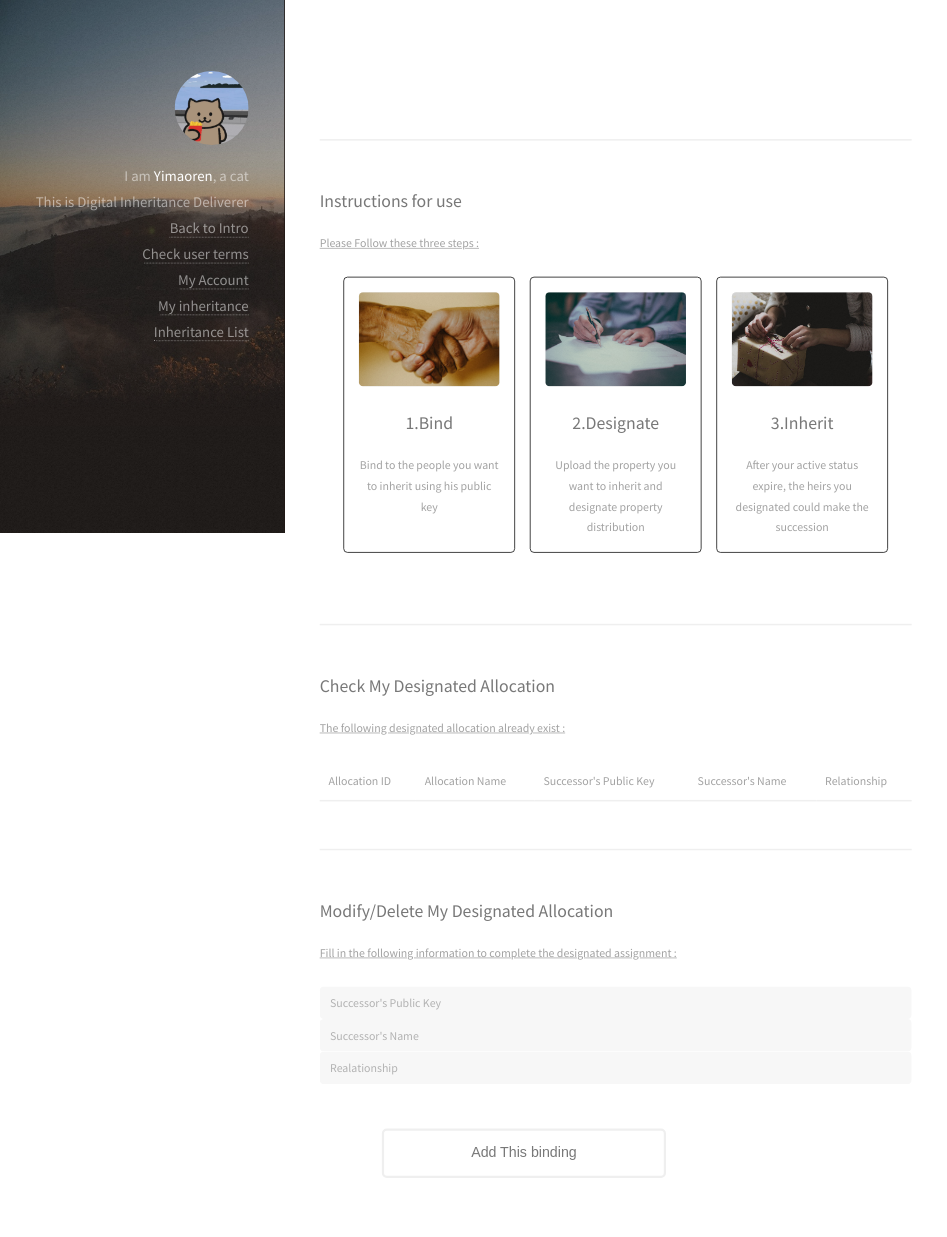
Repository: 1mocat/DID-blockchain-project
Page: Digital_I_D/app/src/my_inher.html
These files come from the project's save history. The page is drawn as it stood at one moment and after the next save; the edit follows.
The browser window is 1280 px wide. The pictures show the whole page, at 74% of full size.

Above is the page before, as saved 2023-10-03 22:37:33.

After the next save:
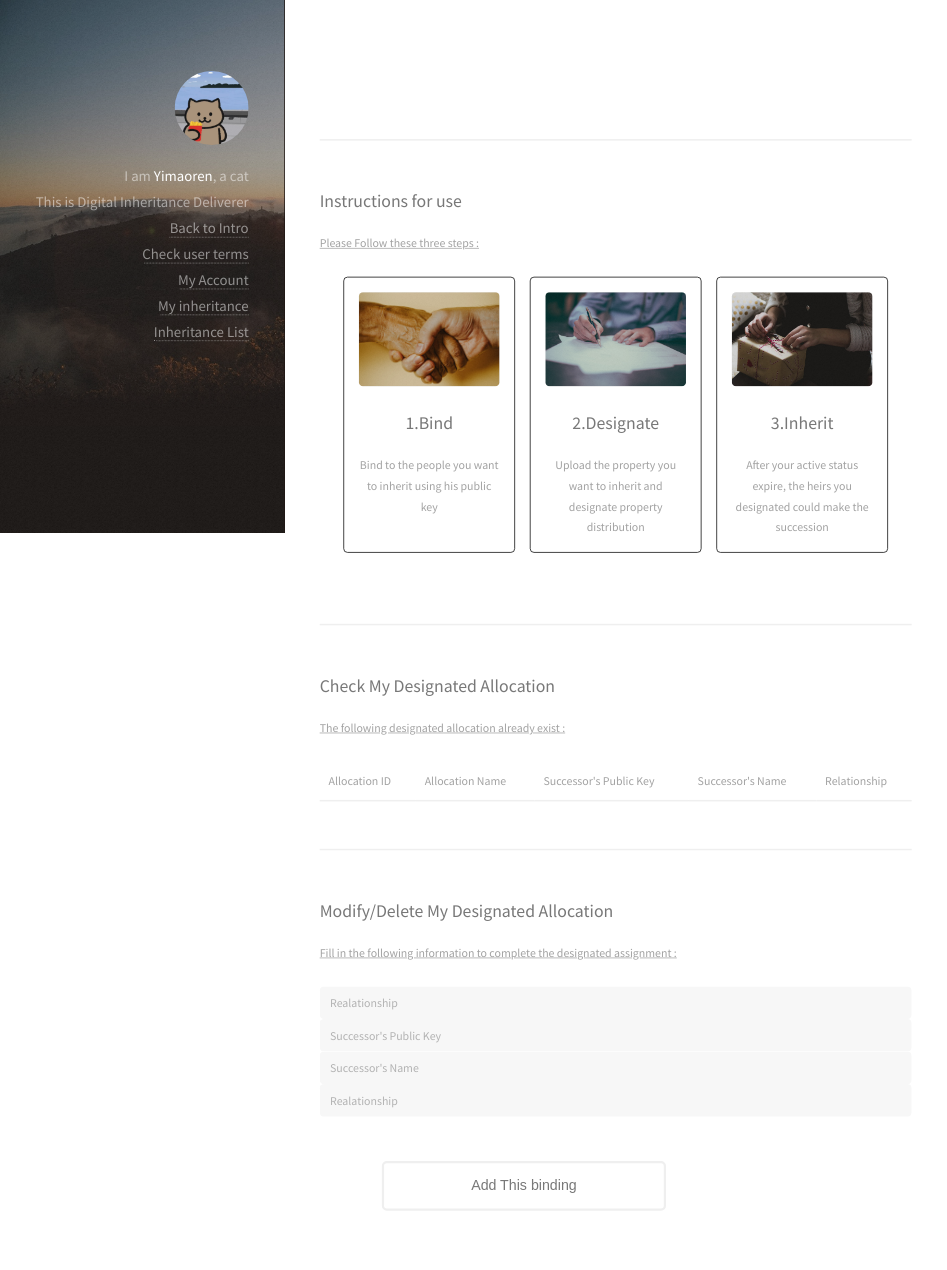
Saved 56 s later.
--- a/Digital_I_D/app/src/my_inher.html
+++ b/Digital_I_D/app/src/my_inher.html
@@ -129,6 +129,7 @@
 				<p><u>Fill in the following information to complete the designated assignment :</u></p>
 					<form method="post" action="#">
 						<div class="fields">
+							<div class="field half"><input type="text" name="Realationship" placeholder="Realationship" /></div>
 							<div class="field half"><input type="text" name="Successor's Public Key" placeholder="Successor's Public Key" /></div>
 							<div class="field half"><input type="text" name="Successor's Name" placeholder="Successor's Name" /></div>
 							<div class="field half"><input type="text" name="Realationship" placeholder="Realationship" /></div>
